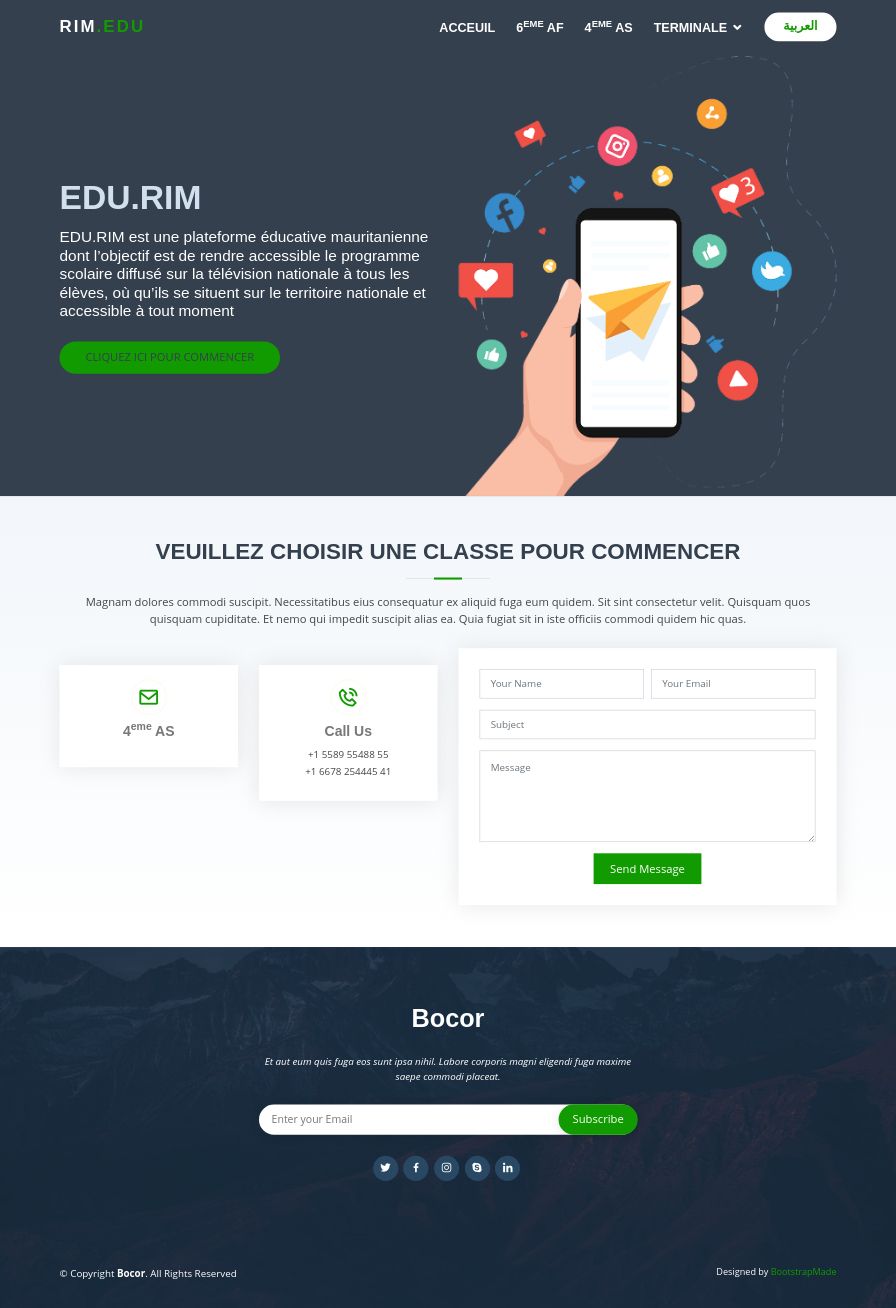
Repository: athiemohamed/courat
Page: http://localhost/
An editor plug-in stored every save of this project. The page is shown before and after the next save, followed by the edit.
The browser window is 1280 px wide. The pictures show the whole page, at 70% of full size.
Some web fonts or font styles are not loaded; a fallback is used. The page is run by PHP 8.4 with error messages shown; the project is at /var/www/html/. Other server files are loaded and not shown.

Above is the page before, as saved 2020-03-26 12:09:00.

### index.php
<!DOCTYPE html>
<html lang="en">

<head>
  <meta charset="utf-8">
  <meta content="width=device-width, initial-scale=1.0" name="viewport">

  <title>Cours - Rim Academy</title>
  <meta content="" name="descriptison">
  <meta content="" name="keywords">

  <!-- Favicons -->
  <link href="assets/img/favicon.png" rel="icon">
  <link href="assets/img/apple-touch-icon.png" rel="apple-touch-icon">

  <!-- Google Fonts -->
  <link href="https://fonts.googleapis.com/css?family=Cairo&display=swap" rel="stylesheet">

  <!-- Vendor CSS Files -->
  <link href="assets/vendor/bootstrap/css/bootstrap.min.css" rel="stylesheet">
  <link href="assets/vendor/icofont/icofont.min.css" rel="stylesheet">
  <link href="assets/vendor/boxicons/css/boxicons.min.css" rel="stylesheet">
  <link href="assets/vendor/venobox/venobox.css" rel="stylesheet">
  <link href="assets/vendor/aos/aos.css" rel="stylesheet">

  <!-- Template Main CSS File -->
  <link href="assets/css/style.css" rel="stylesheet">

  <!-- =======================================================
  * Template Name: Bocor - v2.0.0
  * Template URL: https://bootstrapmade.com/bocor-bootstrap-template-nice-animation/
  * Author: BootstrapMade.com
  * License: https://bootstrapmade.com/license/
  ======================================================== -->
</head>

<body>

  <!-- ======= Header ======= -->
  <header id="header">
    <div class="container d-flex">
      <div class="logo mr-auto">
        <h1 class="text-light"><a href="index.html">RIM<span>.EDU</span></a></h1>
        <!-- Uncomment below if you prefer to use an image logo -->
        <!-- <a href="index.html"><img src="assets/img/logo.png" alt="" class="img-fluid"></a>-->
      </div>
      <nav class="nav-menu d-none d-lg-block">
        <ul>
          <li class="active"><a href="#header">ACCEUIL</a></li>
          <li><a href="#">6<sup>EME</sup> AF</a></li>
          <li><a href="#">4<sup>EME</sup> AS</a></li>
          <li class="drop-down"><a href="">TERMINALE</a>
            <ul>
              <li><a href="#">TERMINALE A</a></li>
              <li><a href="#">TERMINALE C</a></li>
              <li><a href="#">TERMINALE D</a></li>
              <li><a href="#">TERMINALE LM</a></li>
              <li><a href="#">TERMINALE LO</a></li>
            </ul>
          </li>
          <!-- Language Changer -->
          <li class="get-started"><a href="#about">العربية</a></li>
        </ul>
      </nav><!-- .nav-menu -->
    </div>
  </header><!-- End Header -->

  <!-- ======= Hero Section ======= -->
  <section id="hero">

    <div class="container">
      <div class="row d-flex align-items-center"">
      <div class=" col-lg-6 py-5 py-lg-0 order-2 order-lg-1" data-aos="fade-right">
        <h1>EDU.RIM</h1>
        <h2>EDU.RIM est une plateforme éducative mauritanienne dont l’objectif est de
          rendre accessible le programme scolaire diffusé sur la télévision nationale à tous les élèves,
          où qu’ils se situent sur le territoire nationale et accessible à tout moment</h2>
        <a href="#about" class="btn-get-started scrollto">CLIQUEZ ICI POUR COMMENCER</a>
      </div>
      <div class="col-lg-6 order-1 order-lg-2 hero-img" data-aos="fade-left">
        <img src="assets/img/hero-img.png" class="img-fluid" alt="">
      </div>
    </div>
    </div>

  </section><!-- End Hero -->

  <main id="main">

    <!-- ======= Partners Section ======= -->

    <!-- <section id="clients" class="clients section-bg">
      <div class="container">

        <div class="row no-gutters clients-wrap clearfix wow fadeInUp">

          <div class="col-lg-2 col-md-4 col-6">
            <div class="client-logo">
              <img src="assets/img/clients/client-1.png" class="img-fluid" alt="" data-aos="flip-right">
            </div>
          </div>

          <div class="col-lg-2 col-md-4 col-6">
            <div class="client-logo">
              <img src="assets/img/clients/client-2.png" class="img-fluid" alt="" data-aos="flip-right" data-aos-delay="100">
            </div>
          </div>

          <div class="col-lg-2 col-md-4 col-6">
            <div class="client-logo">
              <img src="assets/img/clients/client-3.png" class="img-fluid" alt="" data-aos="flip-right" data-aos-delay="200">
            </div>
          </div>

          <div class="col-lg-2 col-md-4 col-6">
            <div class="client-logo">
              <img src="assets/img/clients/client-4.png" class="img-fluid" alt="" data-aos="flip-right" data-aos-delay="300">
            </div>
          </div>

          <div class="col-lg-2 col-md-4 col-6">
            <div class="client-logo">
              <img src="assets/img/clients/client-5.png" class="img-fluid" alt="" data-aos="flip-right" data-aos-delay="400">
            </div>
          </div>

          <div class="col-lg-2 col-md-4 col-6">
            <div class="client-logo">
              <img src="assets/img/clients/client-6.png" class="img-fluid" alt="" data-aos="flip-right" data-aos-delay="500">
            </div>
          </div>

        </div>

      </div>
    </section> -->

    <!-- End Parteners Section -->

    <!-- ======= Contact Section ======= -->
    <section id="contact" class="contact section-bg">
      <div class="container">

        <div class="section-title">
          <h2 data-aos="fade-in">VEUILLEZ CHOISIR UNE CLASSE POUR COMMENCER</h2>
          <p data-aos="fade-in">Magnam dolores commodi suscipit. Necessitatibus eius consequatur ex aliquid fuga eum quidem. Sit sint consectetur velit. Quisquam quos quisquam cupiditate. Et nemo qui impedit suscipit alias ea. Quia fugiat sit in iste officiis commodi quidem hic quas.</p>
        </div>

        <div class="row">
          <div class="col-lg-6">
            <div class="row">
              <div class="col-md-6">
                <div class="info-box mt-4" data-aos="fade-up" data-aos-delay="100">
                  <i class="bx bx-envelope"></i>
                  <h3>4<sup>eme</sup> AS</h3>
                </div>
              </div>
              <div class="col-md-6">
                <div class="info-box mt-4" data-aos="fade-up" data-aos-delay="100">
                  <i class="bx bx-phone-call"></i>
                  <h3>Call Us</h3>
                  <p>+1 5589 55488 55<br>+1 6678 254445 41</p>
                </div>
              </div>
            </div>

          </div>

          <div class="col-lg-6">
            <form action="forms/contact.php" method="post" role="form" class="php-email-form" data-aos="fade-up">
              <div class="form-row">
                <div class="col-md-6 form-group">
                  <input type="text" name="name" class="form-control" id="name" placeholder="Your Name" data-rule="minlen:4" data-msg="Please enter at least 4 chars" />
                  <div class="validate"></div>
                </div>
                <div class="col-md-6 form-group">
                  <input type="email" class="form-control" name="email" id="email" placeholder="Your Email" data-rule="email" data-msg="Please enter a valid email" />
                  <div class="validate"></div>
                </div>
              </div>
              <div class="form-group">
                <input type="text" class="form-control" name="subject" id="subject" placeholder="Subject" data-rule="minlen:4" data-msg="Please enter at least 8 chars of subject" />
                <div class="validate"></div>
              </div>
              <div class="form-group">
                <textarea class="form-control" name="message" rows="5" data-rule="required" data-msg="Please write something for us" placeholder="Message"></textarea>
                <div class="validate"></div>
              </div>
              <div class="mb-3">
                <div class="loading">Loading</div>
                <div class="error-message"></div>
                <div class="sent-message">Your message has been sent. Thank you!</div>
              </div>
              <div class="text-center"><button type="submit">Send Message</button></div>
            </form>
          </div>

        </div>

      </div>
    </section><!-- End Contact Section -->

  </main><!-- End #main -->

  <!-- ======= Footer ======= -->
  <footer id="footer">

    <div class="footer-top">

      <div class="container" data-aos="fade-up">

        <div class="row  justify-content-center">
          <div class="col-lg-6">
            <h3>Bocor</h3>
            <p>Et aut eum quis fuga eos sunt ipsa nihil. Labore corporis magni eligendi fuga maxime saepe commodi placeat.</p>
          </div>
        </div>

        <div class="row footer-newsletter justify-content-center">
          <div class="col-lg-6">
            <form action="" method="post">
              <input type="email" name="email" placeholder="Enter your Email"><input type="submit" value="Subscribe">
            </form>
          </div>
        </div>

        <div class="social-links">
          <a href="#" class="twitter"><i class="bx bxl-twitter"></i></a>
          <a href="#" class="facebook"><i class="bx bxl-facebook"></i></a>
          <a href="#" class="instagram"><i class="bx bxl-instagram"></i></a>
          <a href="#" class="google-plus"><i class="bx bxl-skype"></i></a>
          <a href="#" class="linkedin"><i class="bx bxl-linkedin"></i></a>
        </div>

      </div>
    </div>

    <div class="container footer-bottom clearfix">
      <div class="copyright">
        &copy; Copyright <strong><span>Bocor</span></strong>. All Rights Reserved
      </div>
      <div class="credits">
        <!-- All the links in the footer should remain intact. -->
        <!-- You can delete the links only if you purchased the pro version. -->
        <!-- Licensing information: https://bootstrapmade.com/license/ -->
        <!-- Purchase the pro version with working PHP/AJAX contact form: https://bootstrapmade.com/bocor-bootstrap-template-nice-animation/ -->
        Designed by <a href="https://bootstrapmade.com/">BootstrapMade</a>
      </div>
    </div>
  </footer><!-- End Footer -->

  <a href="#" class="back-to-top"><i class="icofont-simple-up"></i></a>

  <!-- Vendor JS Files -->
  <script src="assets/vendor/jquery/jquery.min.js"></script>
  <script src="assets/vendor/bootstrap/js/bootstrap.bundle.min.js"></script>
  <script src="assets/vendor/jquery.easing/jquery.easing.min.js"></script>
  <script src="assets/vendor/php-email-form/validate.js"></script>
  <script src="assets/vendor/isotope-layout/isotope.pkgd.min.js"></script>
  <script src="assets/vendor/venobox/venobox.min.js"></script>
  <script src="assets/vendor/aos/aos.js"></script>

  <!-- Template Main JS File -->
  <script src="assets/js/main.js"></script>

</body>

</html>

Loaded but not shown: assets/js/main.js (117 lines, source omitted); assets/css/style.css (1300 lines, source omitted)

After the next save:
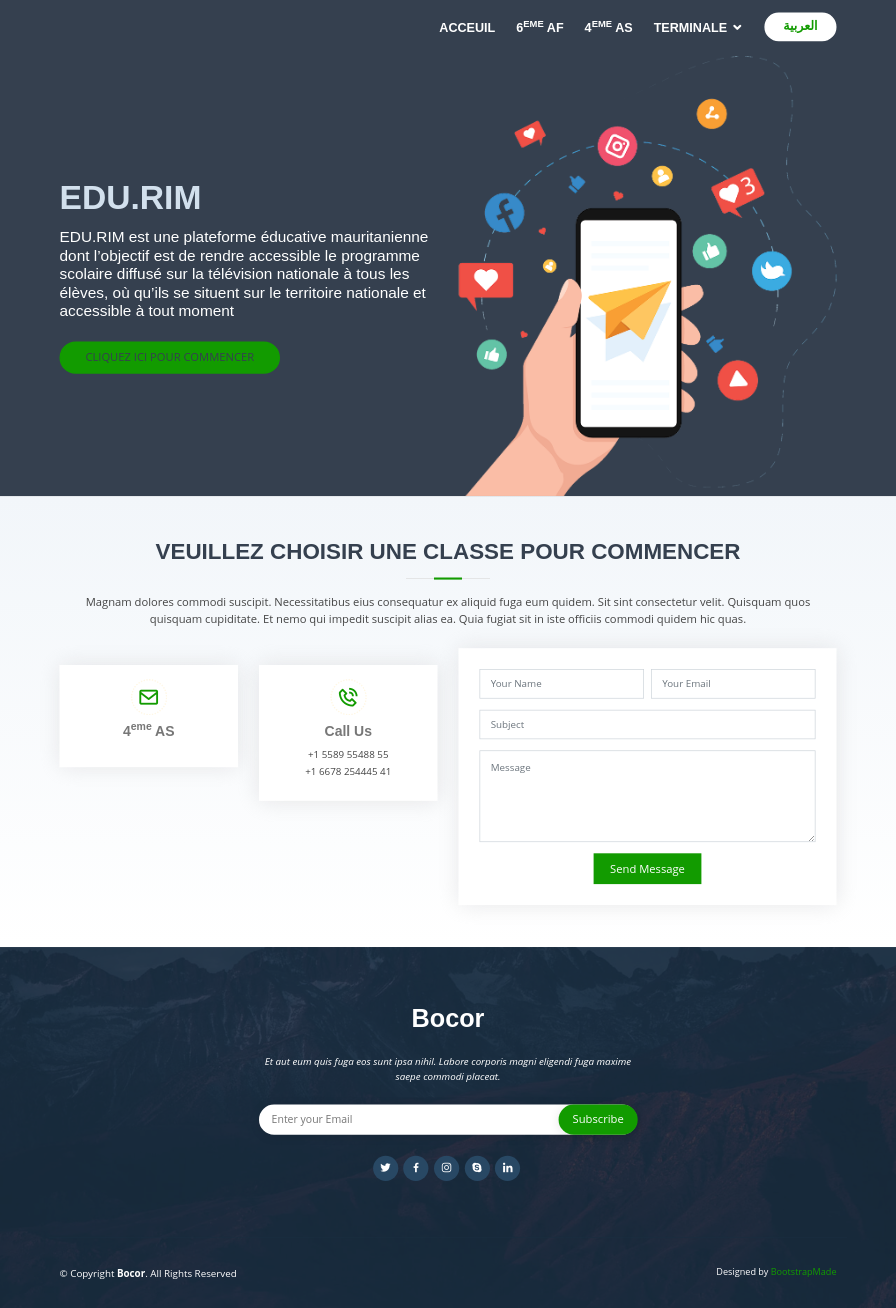
Saved 29 s later.
--- a/index.php
+++ b/index.php
@@ -40,7 +40,7 @@
   <header id="header">
     <div class="container d-flex">
       <div class="logo mr-auto">
-        <h1 class="text-light"><a href="index.html">RIM<span>.EDU</span></a></h1>
+        <!-- <h1 class="text-light"><a href="index.html">RIM<span>.EDU</span></a></h1> -->
         <!-- Uncomment below if you prefer to use an image logo -->
         <!-- <a href="index.html"><img src="assets/img/logo.png" alt="" class="img-fluid"></a>-->
       </div>
